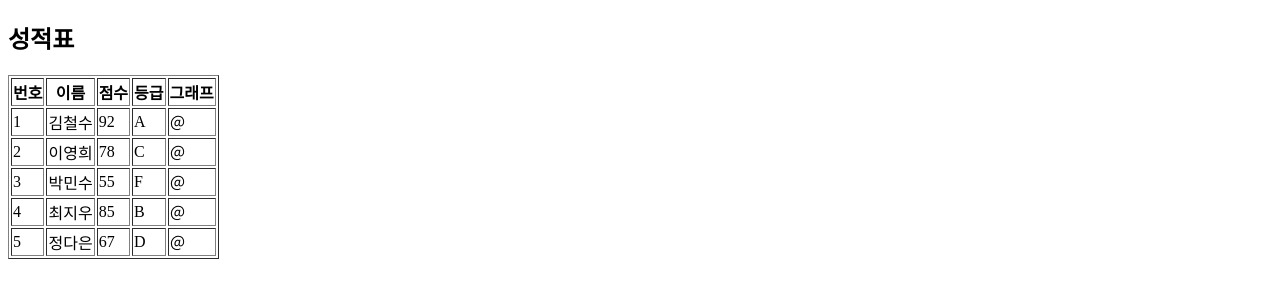
Repository: junirang330/Jsp2026
Page: http://localhost/chapter01/example_score.jsp
An editor plug-in stored every save of this project. The page is shown before and after the next save, followed by the edit.
The browser window is 1280 px wide. The pictures show the whole page.
The page is served by Tomcat 9.

Above is the page before, as saved 2026-10-16 05:14:50.

### chapter01/src/main/webapp/example_score.jsp
<%@ page language="java" contentType="text/html; charset=UTF-8"
    pageEncoding="UTF-8" import = "java.util.*" %>
<!DOCTYPE html>
<html>
<head>
<meta charset="UTF-8">
<title>연습문제02</title>
<style>

</style>
</head>
<body>
	<h2>성적표</h2>
	<table border = "1">
	<!-- 첫행 -->
	<tr>
		<th>번호</th>
		<th>이름</th>
		<th>점수</th>
		<th>등급</th>
		<th>그래프</th>
	</tr>

	<!-- 2행부터(반복문) -->
	<%!
		String[] names = {"김철수", "이영희", "박민수", "최지우", "정다은"};
		int[] scores = {92, 78, 55, 85, 67};

		public String getGrade(int score){
			String grade = "";
			if(score>=90){
				grade = "A";
			}else if(score>=80){
				grade = "B";
			}else if(score>=70){
				grade = "C";
			}else if(score>=60){
				grade = "D";
			}else{
				grade = "F";
			}
			return grade;
		}
	%>
	<%
		for(int i = 0; i<names.length; i++){
	%>
	<tr>
	<td><%=	i+1 %></td>
	<td><%=	names[i] %></td>
	<td><%=	scores[i] %></td>
	<td><%=	getGrade(scores[i]) %></td>
	<td><div style = "width : 100px, background-color : blue">＠</div></td>
	</tr>

	<%
		}
	%>

	</table>
</body>
</html>

After the next save:
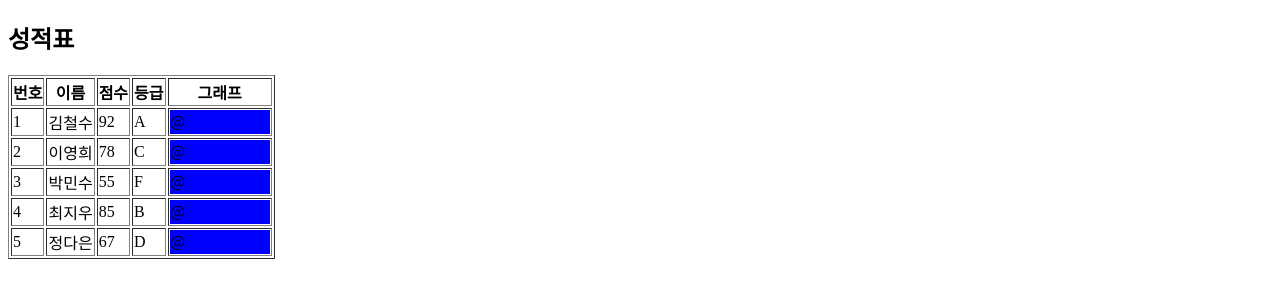
Saved 6 s later.
--- a/chapter01/src/main/webapp/example_score.jsp
+++ b/chapter01/src/main/webapp/example_score.jsp
@@ -50,7 +50,7 @@
 	<td><%=	names[i] %></td>
 	<td><%=	scores[i] %></td>
 	<td><%=	getGrade(scores[i]) %></td>
-	<td><div style = "width : 100px, background-color : blue">＠</div></td>
+	<td><div style = "width : 100px; background-color : blue">＠</div></td>
 	</tr>
 
 	<%
